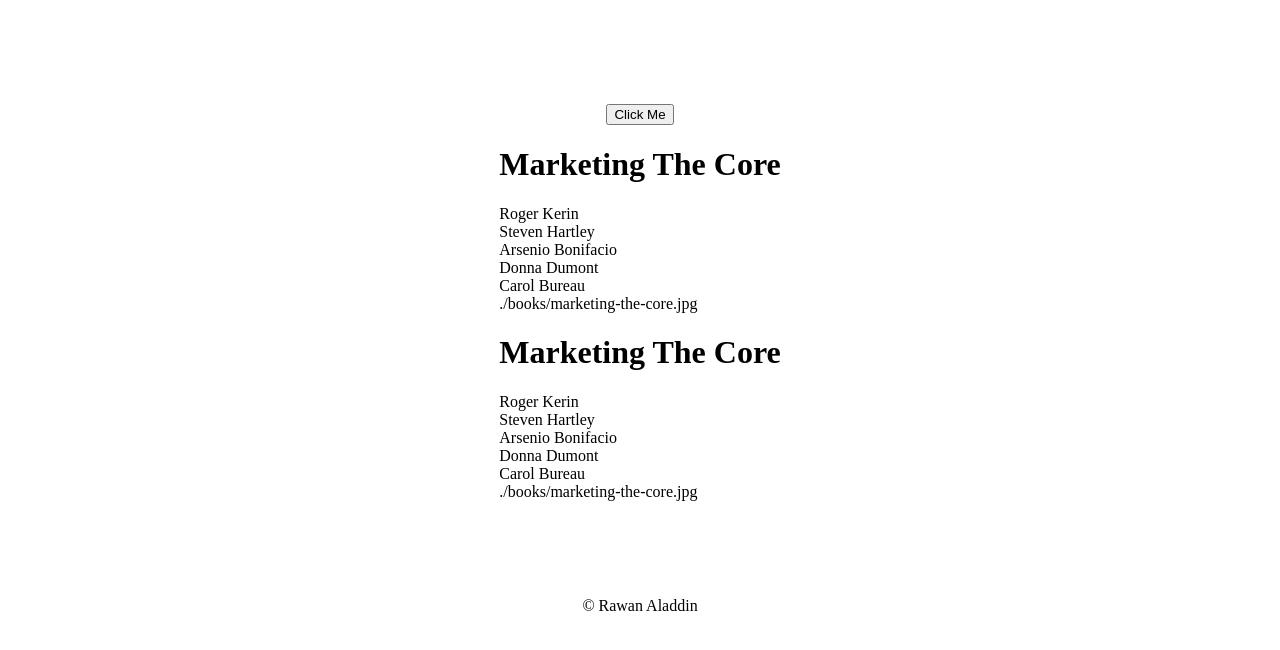
Repository: Aladdin3r/mdia2109
Page: / (app in a01386700_aladdin_assessment_3/), after clicking the first element matching `button`
These files come from the project's save history. The page is drawn as it stood at one moment and after the next save; the edit follows.
The browser window is 1280 px wide. The pictures show the whole page.
The project was rebuilt for these pictures with package versions that can differ from the ones it lists, and the page was loaded fresh each time. The framework's server and built-in components were replaced by stand-ins that run in the browser. Also part of the build but not shown: a01386700_aladdin_assessment_3/next.config.mjs.

Above is the page before, as saved 2024-02-13 13:41:22.

After the next save:
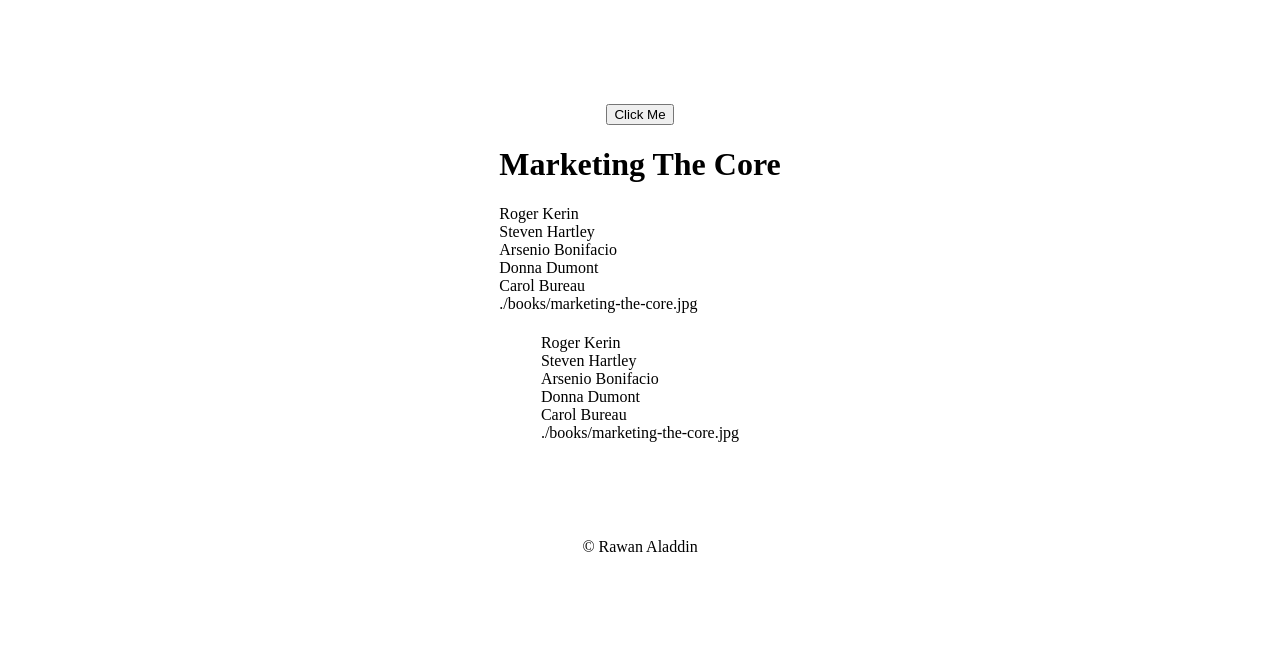
Saved 4 s later.
--- a/a01386700_aladdin_assessment_3/data/books.js
+++ b/a01386700_aladdin_assessment_3/data/books.js
@@ -9,7 +9,7 @@ export const inventory = {
         },
         {
             course: "COMM 1120",
-            title: "Marketing The Core",
+            title: "",
             authors: ["Roger Kerin", "Steven Hartley", "Arsenio Bonifacio", "Donna Dumont", "Carol Bureau"],
             edition: 6,
             image: "./books/marketing-the-core.jpg"
